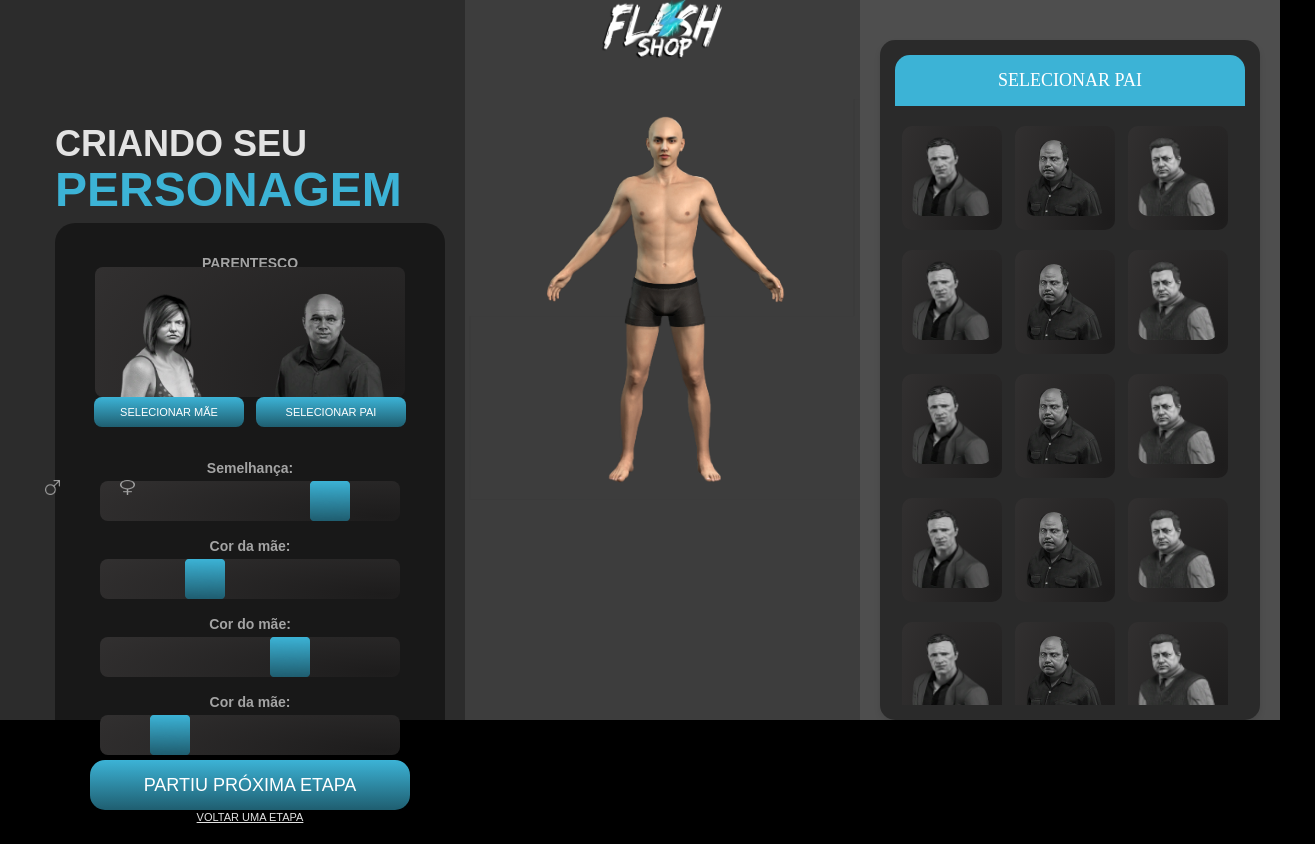
Repository: DuMCorrea/CriandoPerso
Page: index.html
The author's editor kept a copy of each file at every save. The page is drawn from the files as they stood at one save, then again after the next save.
The browser window is 1280 px wide. The page is 1280 px wide, then 1315 px, so the pictures cover 1315 px, including what lies to the right of the window. The pictures show the whole page.

Above is the page before, as saved 2024-09-06 14:21:36.

### index.html
<!DOCTYPE html>
<html lang="en">
<head>
    <meta charset="UTF-8">
    <meta name="viewport" content="width=device-width, initial-scale=1.0">
    <title>Dividindo a Tela com Imagens</title>
    <link rel="stylesheet" href="styles.css">
</head>
<body>
    <div class="container">
        <div class="left">
            <h1 class="title">
                <span class="part1">CRIANDO SEU</span>
                <span class="part2">PERSONAGEM</span>
            </h1>
            <div class="vertical-rectangle">
                <div class="title-container">
                    <h2 class="parentesco-title">PARENTESCO</h2>
                </div>
                <div class="image-rectangle">
                    <img src="assets/mulher.png" alt="Imagem 1" class="rectangle-image">
                    <img src="assets/homem.png" alt="Imagem 2" class="rectangle-image">
                </div>
                <div class="button-group">
                    <button class="top-button">SELECIONAR MÃE</button>
                    <button class="top-button">SELECIONAR PAI</button>
                </div>
                <div class="rectangles-group">
                    <div class="image-container">
                        <img src="assets/Fem.png" alt="Imagem 1" class="small-image left-image">
                        <img src="assets/Masc.png" alt="Imagem 2" class="small-image right-image">
                    </div>
                    <div class="rectangle-title">Semelhança:</div>
                    <div class="gradient-rectangle">
                        <img src="assets/quadradoAzul.png" alt="Imagem 1" class="small-image1">
                    </div>

                    <div class="rectangle-title">Cor da mãe:</div>
                    <div class="gradient-rectangle">
                        <img src="assets/quadradoAzul.png" alt="Imagem 2" class="small-image2">
                    </div>

                    <div class="rectangle-title">Cor do mãe:</div>
                    <div class="gradient-rectangle">
                        <img src="assets/quadradoAzul.png" alt="Imagem 3" class="small-image3">
                    </div>

                    <div class="rectangle-title">Cor da mãe:</div>
                    <div class="gradient-rectangle">
                        <img src="assets/quadradoAzul.png" alt="Imagem 4" class="small-image4">
                    </div>
                </div>
                <button class="rectangle-button">PARTIU PRÓXIMA ETAPA</button>
                <button class="back-button">VOLTAR UMA ETAPA</button>
            </div>
        </div>
        <div class="center">
            <img src="assets/FlashStore 1 (1).png" alt="Imagem 1" class="top-image">
            <img src="assets/boneco 2.png" alt="Imagem 2" class="center-image">
        </div>
        <div class="right">
            <div class="novo-retangulo">
                <div class="titulo-retangulo">SELECIONAR PAI</div>
                <div class="conteudo-scroll">
                    <div class="imagens-container">
                        <div class="imagem-wrapper">
                            <img src="assets/homemQuadrado.png" alt="Imagem 1">
                        </div>
                        <div class="imagem-wrapper">
                            <img src="assets/homemMeio.png" alt="Imagem 2">
                        </div>
                        <div class="imagem-wrapper">
                            <img src="assets/homemDireita.png" alt="Imagem 3">
                        </div>
                    </div>
                    <div class="imagens-container">
                        <div class="imagem-wrapper">
                            <img src="assets/homemQuadrado.png" alt="Imagem 1">
                        </div>
                        <div class="imagem-wrapper">
                            <img src="assets/homemMeio.png" alt="Imagem 2">
                        </div>
                        <div class="imagem-wrapper">
                            <img src="assets/homemDireita.png" alt="Imagem 3">
                        </div>
                    </div>
                    <div class="imagens-container">
                        <div class="imagem-wrapper">
                            <img src="assets/homemQuadrado.png" alt="Imagem 1">
                        </div>
                        <div class="imagem-wrapper">
                            <img src="assets/homemMeio.png" alt="Imagem 2">
                        </div>
                        <div class="imagem-wrapper">
                            <img src="assets/homemDireita.png" alt="Imagem 3">
                        </div>
                    </div>
                    <div class="imagens-container">
                        <div class="imagem-wrapper">
                            <img src="assets/homemQuadrado.png" alt="Imagem 1">
                        </div>
                        <div class="imagem-wrapper">
                            <img src="assets/homemMeio.png" alt="Imagem 2">
                        </div>
                        <div class="imagem-wrapper">
                            <img src="assets/homemDireita.png" alt="Imagem 3">
                        </div>
                    </div>
                    <div class="imagens-container">
                        <div class="imagem-wrapper">
                            <img src="assets/homemQuadrado.png" alt="Imagem 1">
                        </div>
                        <div class="imagem-wrapper">
                            <img src="assets/homemMeio.png" alt="Imagem 2">
                        </div>
                        <div class="imagem-wrapper">
                            <img src="assets/homemDireita.png" alt="Imagem 3">
                        </div>
                    </div>
                    <div class="imagens-container">
                        <div class="imagem-wrapper">
                            <img src="assets/homemQuadrado.png" alt="Imagem 1">
                        </div>
                        <div class="imagem-wrapper">
                            <img src="assets/homemMeio.png" alt="Imagem 2">
                        </div>
                        <div class="imagem-wrapper">
                            <img src="assets/homemDireita.png" alt="Imagem 3">
                        </div>
                    </div>
                    <!-- Continue repetindo conforme necessário -->
                </div>
            </div>
        </div>

    </div>
</body>

</html>

### styles.css
body, html {
    margin: 0;
    padding: 0;
    height: 100%;
    display: flex;
    justify-content: center;
    align-items: center;
    background-color: #000; /* Fundo escuro */
}

.container {
    display: flex;
    width: 100%;
    height: 100%;
}

.container > div {
    flex: 1; /* Cada div ocupa 1/3 do espaço disponível */
    height: 100%;
    padding: 20px;
    box-sizing: border-box;
}



/* PARTE ESQUERDA */



.left {
    background-color: #2c2c2c;
    display: flex;
    flex-direction: column;
    justify-content: flex-start;
    align-items: flex-start;

}

.title {
    margin: 100px 0 0 0; /* Adiciona margem superior para mover o título para baixo */
    padding: 0;
}

.part1 {
    font-family: 'Baloo Bhai', sans-serif;
    font-size: 36px;
    font-weight: 700; /* Aumenta o peso da fonte para deixá-la mais grossa */
    line-height: 48px;
    text-align: left;
    color: #E3E3E3;
    display: block;
    margin-bottom: -10px; /* Reduz a distância entre as duas partes do título */
    margin-left: 35px;
}

.part2 {
    font-family: 'Baloo Bhai', sans-serif;
    font-size: 48px;
    font-weight: 700; /* Aumenta o peso da fonte para deixá-la mais grossa */
    line-height: 64px;
    text-align: left;
    color: #3CB3D6;
    display: block;
    margin-left: 35px;
}

.vertical-rectangle {
    width: 390px; /* Largura do retângulo */
    height: 660px; /* Altura do retângulo */
    background: #00000075; /* Cor de fundo com opacidade */
    border-radius: 20px; /* Bordas arredondadas */
    margin-left: 35px; /* Alinhamento com o título */
    margin-top: 1px; /* Espaço entre o título e o retângulo */
    display: flex;
    flex-direction: column;
    justify-content: space-between; /* Distribui o espaço */
    align-items: center; /* Centraliza os conteúdos */
}


.rectangle-button {
    width: 320px; /* Largura do botão */
    height: 50px; /* Altura do botão */
    background: linear-gradient(180deg, #3CB3D6 0%, #1F5E70 100%); /* Gradiente de cor */
    border-radius: 15px; /* Bordas arredondadas */
    border: none; /* Remove borda padrão do botão */
    color: white; /* Cor do texto */
    font-family: 'Baloo Bhai', sans-serif;
    font-size: 18px; /* Tamanho do texto */
    display: flex;
    justify-content: center; /* Centraliza horizontalmente */
    align-items: center; /* Centraliza verticalmente */
    margin-bottom: -15px; /* Ajusta o espaçamento superior */
    cursor: pointer;
}

.back-button {
    background: none; /* Remove o fundo */
    border: none; /* Remove a borda */
    color: #E3E3E3; /* Cor do texto */
    font-family: 'Baloo Bhai', sans-serif;
    font-size: 11px; /* Tamanho do texto */
    margin-bottom: 20px; /* Espaçamento superior ajustado */
    margin-top: 10px;
    text-decoration: underline; /* Adiciona sublinhado */
    cursor: pointer; /* Muda o cursor ao passar por cima */
}


.button-group {
    display: flex;
    justify-content: space-between; /* Espaça os botões igualmente */
    width: 0%; /* Largura igual à do retângulo */
    padding: 10px 20px; /* Adiciona espaçamento ao redor dos botões */
}

.top-button {
    width: 50px; /* Largura dos botões */
    height: 40px; /* Altura dos botões */
    background: linear-gradient(180deg, #3CB3D6 0%, #1F5E70 100%); /* Gradiente de cor */
    border-radius: 15px; /* Bordas arredondadas */
    border: none; /* Remove borda padrão do botão */
    color: white; /* Cor do texto */
    font-family: 'Baloo Bhai', sans-serif;
    font-size: 16px; /* Tamanho do texto */
    display: flex;
    justify-content: center; /* Centraliza horizontalmente */
    align-items: center; /* Centraliza verticalmente */
    cursor: pointer;
}




.gradient-rectangle {
    width: 300px; /* Largura igual ao botão */
    height: 40px; /* Altura padrão para cada retângulo, ajuste conforme necessário */
    background: radial-gradient(547.21% 823.76% at 94.51% 88.04%, #1D1C1C 0%, #837E7E 100%);
    border-radius: 8px; /* Bordas arredondadas, igual ao botão */
    margin-bottom: 1px; /* Diminui a distância entre os retângulos */
    margin-top: 38px;
    margin-left: 0px;
}

.rectangle-title {
    width: 300px; /* Largura igual ao botão e retângulos */
    height: 30px; /* Altura do título */
    border-radius: 8px; /* Bordas arredondadas */
    display: flex;
    align-items: center; /* Centraliza verticalmente o texto */
    justify-content: center; /* Centraliza horizontalmente o texto */
    color: #A4A4A4; /* Cor do texto */
    font-weight: 700;
    font-family: 'Baloo Bhai', sans-serif;
    font-size: 14px; /* Tamanho do texto */
    margin-bottom: -40px; /* Espaçamento entre o título e o retângulo */
    margin-top: 10px;

}

.image-container {
    width: 50%;
    display: flex;
    justify-content: space-between; /* Coloca uma imagem em cada lado */
    position: absolute; /* As imagens ficam fora do fluxo normal */
    top: 35px; /* Ajusta a posição acima do retângulo */
    padding: 0 10px; /* Espaçamento lateral entre as bordas */
}

.small-image {
    width: 15px; /* Define o tamanho da imagem */
    height: 15px;
}

.left-image {
    position: relative;
    left: 10px;
    top: 445px;
}

.right-image {
    position: relative;
    right: 690px;
    top: 445px
}

.small-image1 {
    width: 40px;
    height: 40px;
    left: 210px;
    position: relative;
}
.small-image2 {
    width: 40px;
    height: 40px;
    left: 85px;
    position: relative;
}
.small-image3 {
    width: 40px;
    height: 40px;
    left: 170px;
    position: relative;
}
.small-image4 {
    width: 40px;
    height: 40px;
    left: 50px;
    position: relative;
}

.button-group {
    display: flex;
    justify-content: space-between; /* Espaça os botões igualmente */
    width: 80%; /* Largura do grupo de botões */
    height: 1%;
    top: -15px;
    position: relative;
}

.top-button {
    width: 150px; /* Largura dos botões */
    height: 30px; /* Altura dos botões */
    background: linear-gradient(180deg, #3CB3D6 0%, #1F5E70 100%); /* Gradiente de cor */
    border-radius: 8px; /* Bordas arredondadas */
    border: none; /* Remove borda padrão do botão */
    color: white; /* Cor do texto */
    font-family: 'Baloo Bhai', sans-serif;
    font-size: 11px; /* Tamanho do texto */
    cursor: pointer;
}

.rectangles-group {
    margin-top: 10px; /* Ajusta o espaçamento superior */
}

.image-rectangle {
    width: 290px; /* Largura do retângulo */
    height: 130px; /* Altura do retângulo */
    background: radial-gradient(547.21% 823.76% at 94.51% 88.04%, #1D1C1C 0%, #837E7E 100%); /* Gradiente de fundo */
    border-radius: 8px; /* Bordas arredondadas */
    display: flex;
    justify-content: space-between; /* Espaça as imagens igualmente */
    align-items: center; /* Centraliza verticalmente */
    padding: 0 10px; /* Espaçamento lateral interno */
    position: relative;
    top: 0px;
}

.rectangle-image {
    width: 110px; /* Largura das imagens */
    height: 110px; /* Altura das imagens */
    position: relative;
    right: 10px;
    top: 10px;
    bottom: 0px;
}

/* Estilo para o novo título sem fundo */
.title-container {
    width: 0%;
    display: flex;
    justify-content: center; /* Centraliza o título horizontalmente */
    margin-bottom: 0; /* Remove o espaço entre o título e o retângulo de imagens */
}

.parentesco-title {
    color: #A4A4A4; /* Cor do texto */
    font-family: 'Baloo Bhai', sans-serif;
    font-size: 14px; /* Tamanho do texto */
    font-weight: bold;
    text-align: center; /* Centraliza o texto dentro do título */
    position: relative;
    top: 20px;
}

/* PARTE CENTRAL */



.center {
    background-color: #3d3d3d; /* Cor de fundo para a div central */
    display: flex;
    flex-direction: column;
    align-items: center;
    justify-content: space-between; /* Distribui o espaço entre as imagens */
}


.top-image {
    max-width: 40%;
    height: auto;
    margin-top: -60px;
}

.center-image {
    max-width: 200%;
    height: auto;
    margin-top: auto; /* Centraliza verticalmente */
    margin-bottom: 200px;
}


/* PARTE DIREITA */



.right {
    background-color: #4e4e4e;
}

.novo-retangulo {
    width: 350px;
    height: 650px;
    background-color: rgba(0, 0, 0, 0.46);
    border-radius: 15px;
    margin: 20px auto;
    padding: 15px;
    box-shadow: 0 4px 6px rgba(0, 0, 0, 0.1);
    display: flex;
    flex-direction: column;

}

.titulo-retangulo {
    background-color: #3CB3D6;
    color: white;
    font-size: 18px;
    text-align: center;
    padding: 15px;
    border-radius: 15px 15px 0 0;
    box-sizing: border-box;
    margin-bottom: 20px;
    position: relative;
    width: 100%; /* Título ocupará toda a largura do retângulo */
}

.conteudo-scroll {
    flex-grow: 1; /* Faz o contêiner de rolagem ocupar o espaço restante */
    overflow-y: auto;
    padding-right: 10px;
}

.imagens-container {
    display: flex;
    justify-content: space-around;
    margin-bottom: 20px; /* Espaço entre as imagens e o próximo grupo */
}

.imagem-wrapper {
    background: radial-gradient(547.21% 823.76% at 94.51% 88.04%, #1D1C1C 0%, #837E7E 100%);
    border-radius: 10px;
    padding: 10px;
}

.imagem-wrapper img {
    width: 80px;
    height: 80px;
    border-radius: 10px;
}

.conteudo-scroll::-webkit-scrollbar {
    width: 10px;
}

.conteudo-scroll::-webkit-scrollbar-thumb {
    background: linear-gradient(180deg, #3CB3D6 0%, #1F5E70 100%);
    border-radius: 10px;
}

.conteudo-scroll::-webkit-scrollbar-track {
    background-color: transparent;
}

After the next save:
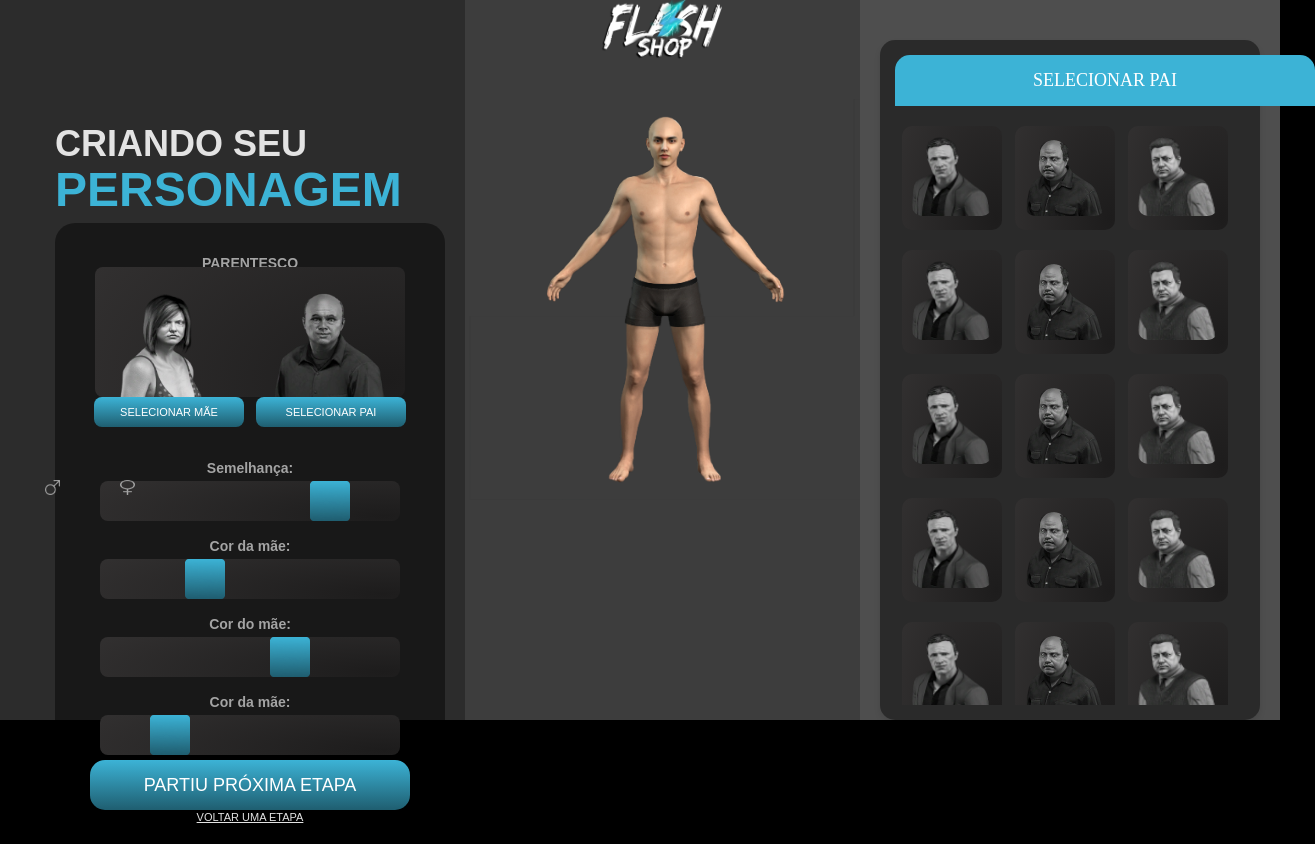
Saved 8 s later.
--- a/styles.css
+++ b/styles.css
@@ -332,7 +332,7 @@
     box-sizing: border-box;
     margin-bottom: 20px;
     position: relative;
-    width: 100%; /* Título ocupará toda a largura do retângulo */
+    width: 120%; /* Título ocupará toda a largura do retângulo */
 }
 
 .conteudo-scroll {
